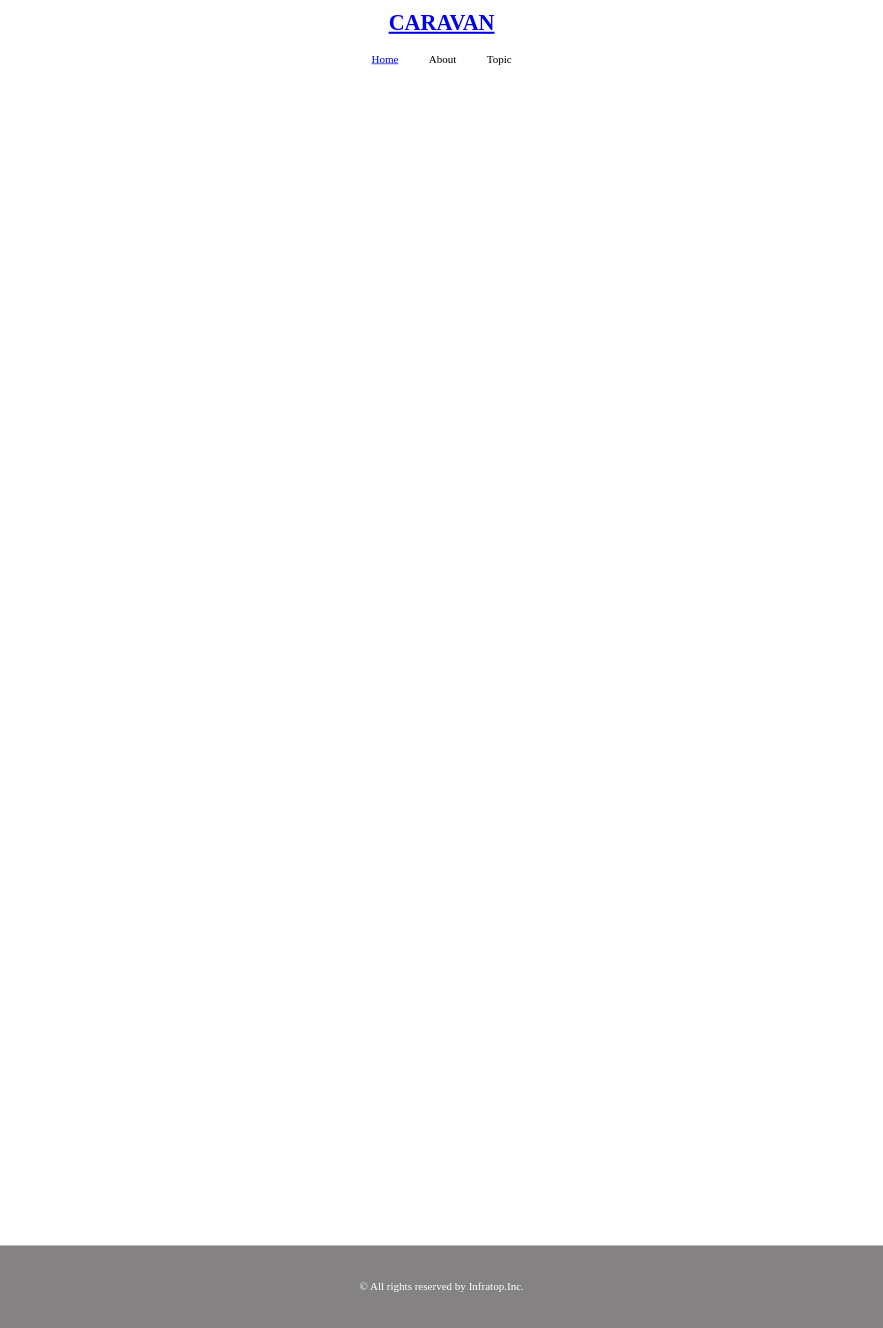
Repository: Souax/prac_20231021
Page: caravan/index.html
The author's editor kept a record of every edit. The page is drawn from the files as they stood at one moment, then again after the next edit.
The browser window is 1280 px wide. The pictures show the whole page, at 69% of full size.

Above is the page before.

### caravan/index.html
<!DOCTYPE html>
<html lang="ja">
  <head>
    <meta charset="UTF-8">
    <link rel="stylesheet" href="style.css">
    <title>CARAVAN</title>
  </head>

  <body>
    <header>
      <h1 class="heading">
        <a href="index.html">
        CARAVAN
        </a>
      </h1>
    </header>

    <nav>
      <ul class="nav-list">
        <li class="nav-list-item">
          <a href="index.html">Home</a>
        </li>
        <li class="nav-list-item">About</li>
        <li class="nav-list-item">Topic</li>
      </ul>
    </nav>

    <div class="main-visual">
      <div class="main-visual-content"></div>
    </div>

    <div class="main">
      <div class="blog"></div>
      <div class="saidebar"></div>
      </div>

      <footer>
        <p class="footer-text">© All rights reserved by Infratop.Inc.</p>
      </footer>
      </body>
      </html>

### caravan/style.css
*{
  margin:0;
  padding:0;
  box-sizing:border-box;
}

header{
  width:90%;
  padding:15px 0;
  margin:0 auto;
  text-align:center;
}

header .heading{
  font-size:32px;
}

.nav-list{
  text-align:center;
  padding:10px 0;
  margin:0 auto;
}

.nav-list-item{
  list-style: none;
  display:inline-block;
  margin:0 20px;
}

.main-visual{
  width:100%;
  height:300px;
}

.main-visual-content{
  width:350px;
  height:300px;
}
.main{
  width:840px;
  height:1400px;
  display:flex;
  justify-content:center;
  margin:0 auto;
}

.blog{
  width:600px;
  height:1400px;
}

.saidebar{
  width:240px;
  height:1400px;
}

footer{
  width:100%;
  height:120px;
  text-align:center;
  line-height:120px;
  background-color:#848282;
}

.footer-text{
  color:#fff;
}

After the next edit:
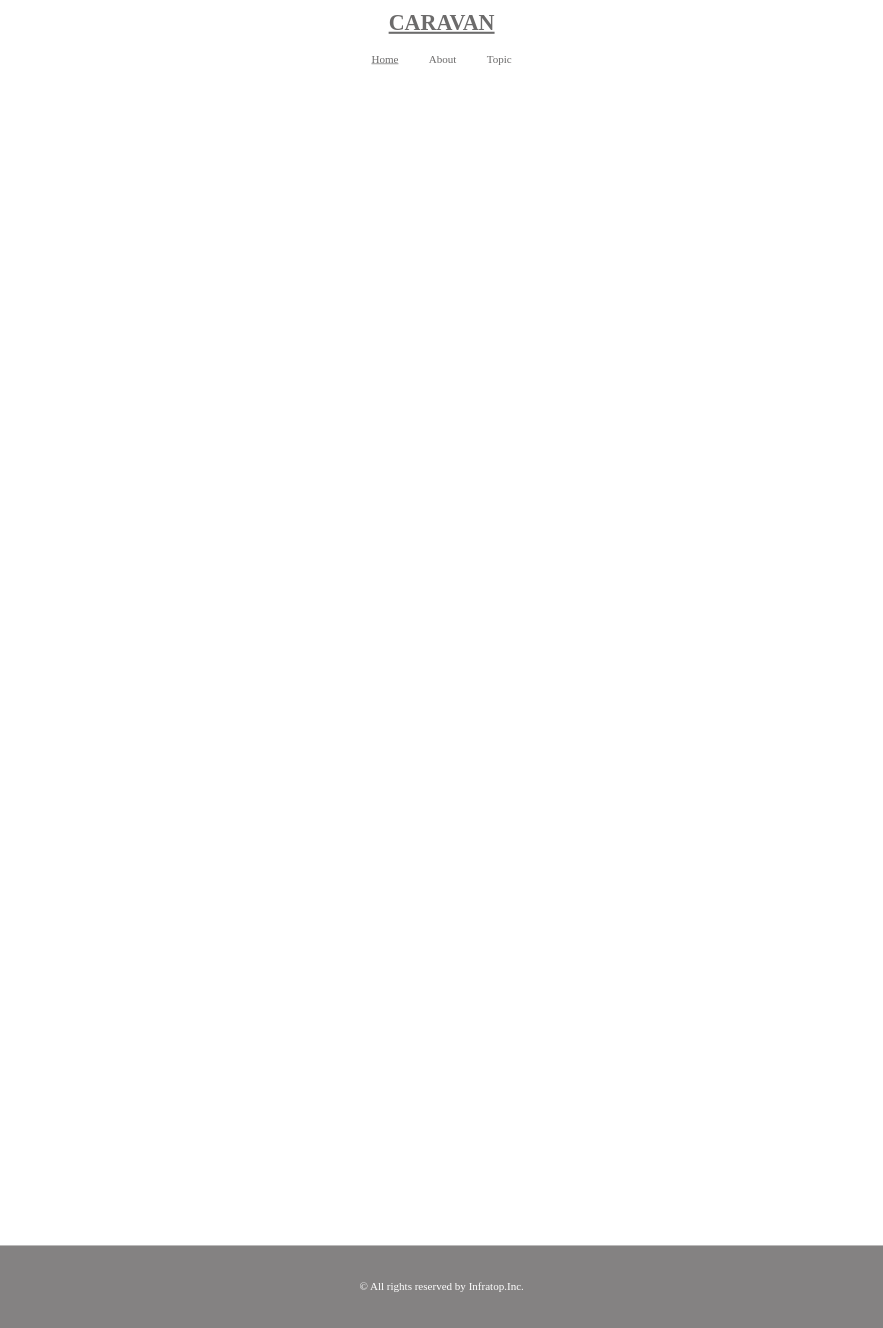
The edit:
--- a/caravan/style.css
+++ b/caravan/style.css
@@ -2,6 +2,11 @@
   margin:0;
   padding:0;
   box-sizing:border-box;
+  color:#6c6b6b;
+}
+
+a{1
+  text-decoration:none;
 }
 
 header{
